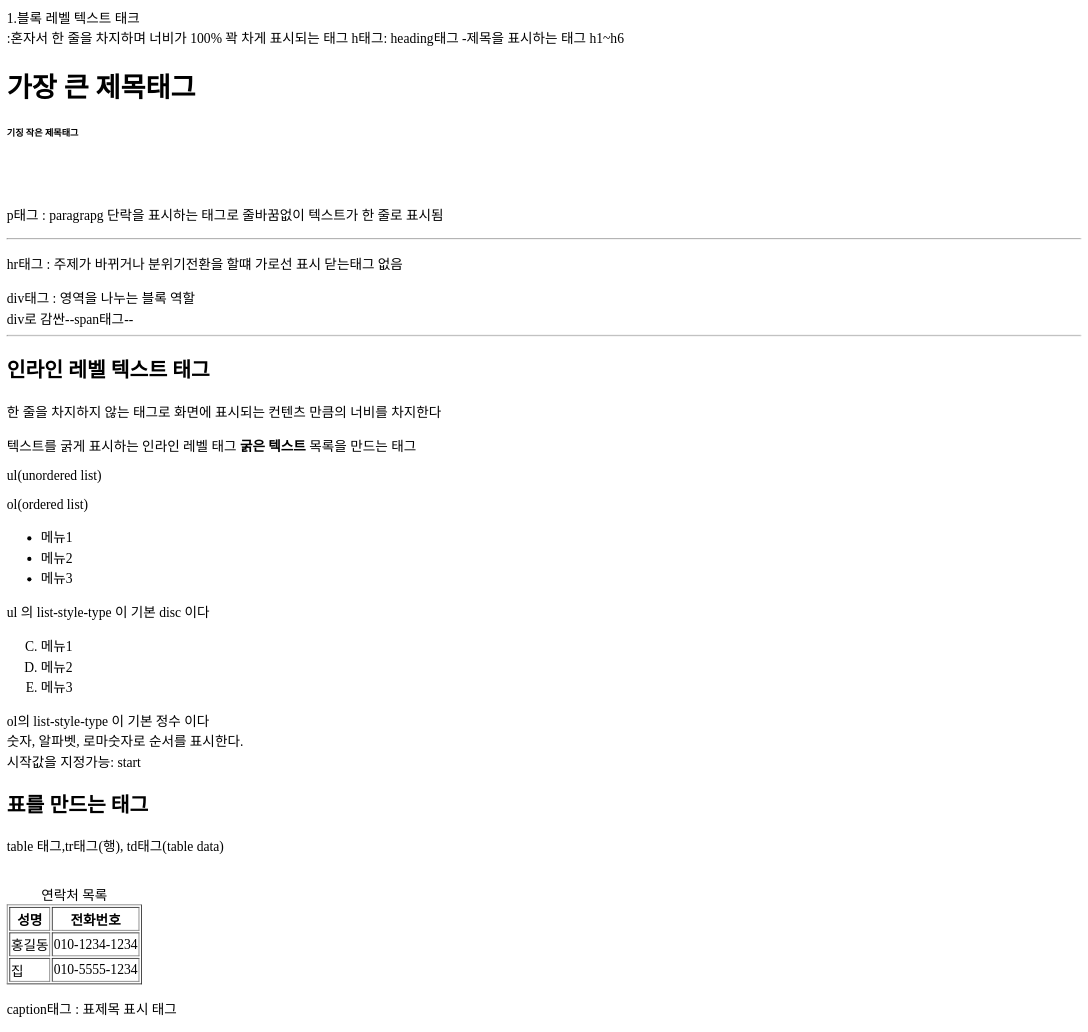
Repository: hana825/Web
Page: web/WebContent/index.html
An editor plug-in stored every save of this project. The page is shown before and after the next save, followed by the edit.
The browser window is 1280 px wide. The pictures show the whole page, at 85% of full size.

Above is the page before, as saved 2022-03-17 06:01:50.

### web/WebContent/index.html
<!DOCTYPE html>
<html>
<head>
<meta charset="UTF-8">
<title>Insert title here</title>
</head>
<body>
1.블록 레벨 텍스트 태크<br>
:혼자서 한 줄을 차지하며 너비가 100% 꽉 차게 표시되는 태그

h태그: heading태그 -제목을 표시하는 태그 h1~h6
<h1>가장 큰 제목태그</h1>
<h6>기징 작은 제목태그</h6>
<br><br>
<p>
p태그 : paragrapg 단락을 표시하는 태그로
줄바꿈없이 텍스트가 한 줄로 표시됨
</p>
<hr>

<p>
hr태그 : 주제가 바뀌거나 분위기전환을 할떄 가로선 표시
닫는태그 없음
</p>
<div>
div태그 : 영역을 나누는 블록 역할
</div>

<div> div로 감싼<span>--span태그--</span>
</div>


<hr>

<h2>인라인 레벨 텍스트 태그</h2>
<p> 한 줄을 차지하지 않는 태그로 화면에 표시되는 컨텐츠 만큼의 너비를 차지한다
</p>
<!-- 실행에서 제외하고자 하는 코드는 주석처리 -->
텍스트를 굵게 표시하는 인라인 레벨 태그
<strong>굵은 텍스트
</strong>
목록을 만드는 태그
<p>ul(unordered list)</p>
<p>ol(ordered list)</p>
<ul>
	<li>메뉴1</li>
	<li>메뉴2</li>
	<li>메뉴3</li>
</ul>
<p>ul 의 list-style-type 이 기본 disc 이다</p>
<ol start='3' type="A">
	<li>메뉴1</li>
	<li>메뉴2</li>
	<li>메뉴3</li>
</ol>
<p>ol의 list-style-type 이 기본 정수 이다<br>
   숫자, 알파벳, 로마숫자로 순서를 표시한다.<br>
   시작값을 지정가능: start<br>
</p>

<h2>표를 만드는 태그</h2>
<p>table 태그,tr태그(행), td태그(table data)</p><br>

<table border='1'>
	<caption>연락처 목록</caption>
	<tr><th>성명</th><th>전화번호</th></tr>
	<tr><td>홍길동</td><td>010-1234-1234</td></tr>
	<tr><td>집</td><td>010-5555-1234</td></tr>
</table>

<p> caption태그 : 표제목 표시 태그
</p>


</body>
</html>

After the next save:
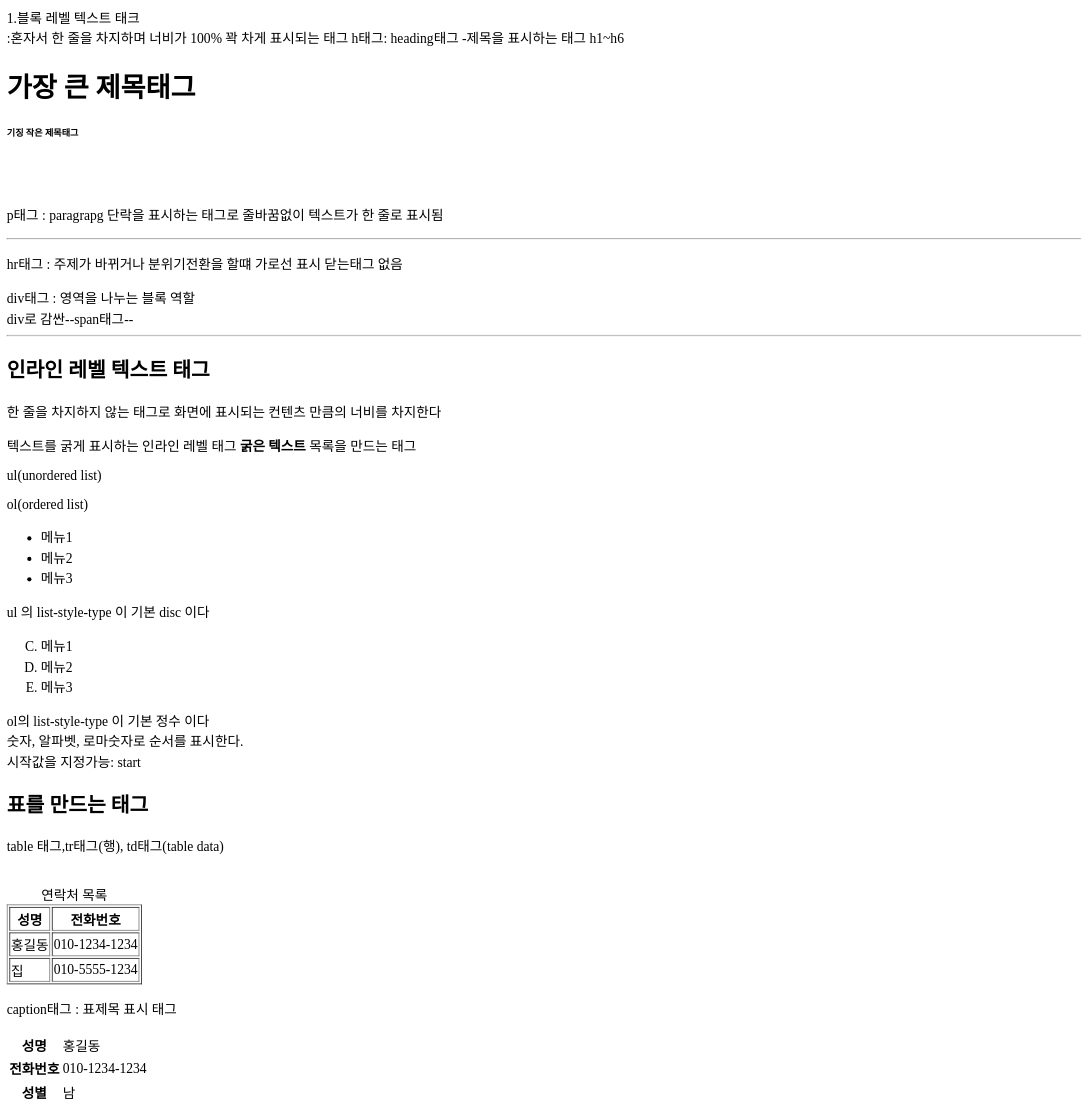
Saved 7 min 16 s later.
--- a/web/WebContent/index.html
+++ b/web/WebContent/index.html
@@ -71,6 +71,29 @@ div태그 : 영역을 나누는 블록 역할
 <p> caption태그 : 표제목 표시 태그
 </p>
 
+<table>
+	<tr><th>성명</th>
+		<td>홍길동</td>
+	</tr>
+		<tr><th>전화번호</th>
+		<td>010-1234-1234</td>
+	</tr>
+		<tr><th>성별</th>
+		<td>남</td>
+	</tr>
+</table>
+
+
+
+
+
+
+
+
+
+
+
+
 
 </body>
 </html>
